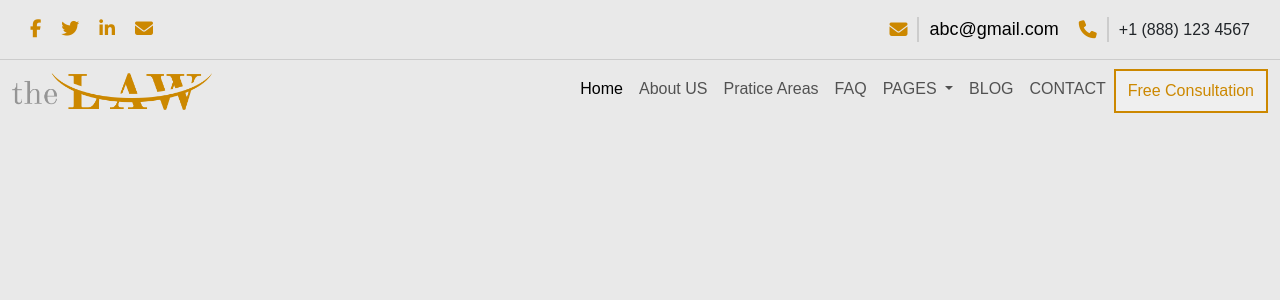
Repository: arehmanraza/lawyer_website
Page: Pages/index.html
An editor plug-in stored every save of this project. The page is shown before and after the next save, followed by the edit.
The browser window is 1280 px wide. The pictures show the whole page.
Some web libraries are served in a nearby version.

Above is the page before, as saved 2024-05-22 01:50:04.

### Pages/index.html
<!DOCTYPE html>
<html lang="en">
  <head>
    <meta charset="utf-8" />
    <meta name="viewport" content="width=device-width, initial-scale=1" />
    <title>The Lawyer</title>
    <link
      rel="stylesheet"
      href="https://pro.fontawesome.com/releases/v5.10.0/css/all.css"
      integrity="sha384-AYmEC3Yw5cVb3ZcuHtOA93w35dYTsvhLPVnYs9eStHfGJvOvKxVfELGroGkvsg+p"
      crossorigin="anonymous"
    />
    <link rel="stylesheet" href="/Styling/style.css" />
    <link
      rel="stylesheet"
      href="https://cdnjs.cloudflare.com/ajax/libs/font-awesome/6.5.2/css/all.min.css"
      integrity="sha512-SnH5WK+bZxgPHs44uWIX+LLJAJ9/2PkPKZ5QiAj6Ta86w+fsb2TkcmfRyVX3pBnMFcV7oQPJkl9QevSCWr3W6A=="
      crossorigin="anonymous"
      referrerpolicy="no-referrer"
    />
    <link
      href="https://cdn.jsdelivr.net/npm/bootstrap@5.3.3/dist/css/bootstrap.min.css"
      rel="stylesheet"
      integrity="sha384-QWTKZyjpPEjISv5WaRU9OFeRpok6YctnYmDr5pNlyT2bRjXh0JMhjY6hW+ALEwIH"
      crossorigin="anonymous"
    />
  </head>
  <body>
    <div class="main-container">


      <!-- ---------------head_top_container start ------------------  -->




      <div class="head_top">
        <div class="head_top_left">
          <ul>
            <li>
              <i class="icon2 fa-brands fa-facebook-f"></i>
            </li>
            <li>
              <i class="icon2 fa-brands fa-twitter"></i>
            </li>
            <li>
              <i class="icon2 fa-brands fa-linkedin-in"></i>
            </li>
            <li>
              <i class="icon2 fa-solid fa-envelope"></i>
            </li>
          </ul>
        </div>
        <div class="head_top_right">
          <ul>
            <li>
              <i class="icon2 fa-solid fa-envelope"></i>
              <p class="border1"></p>
              <span><a class="phoneno" href = "mailto: a.rehman78766@gmail.com">abc@gmail.com</a></span>
            </li>
            <li>
              <i class="icon2 fa-solid fa-phone"></i>
              <p class="border1"></p>
              <span>+1 (888) 123 4567</span>
            </li>

          </ul>
        </div>
      </div>
      <!-- ---------------head_top_container end ------------------  -->






      <!-- ---------------Navbar_container start ------------------  -->


      <nav class="navbar navbar-expand-lg ">
        <div class="container-fluid">
          <a class="navbar-brand" href="#"><img src="/Images/logo.png"  width="200px"></a>
          <button class="navbar-toggler" type="button" data-bs-toggle="collapse" data-bs-target="#navbarSupportedContent" aria-controls="navbarSupportedContent" aria-expanded="false" aria-label="Toggle navigation">
            <span class="navbar-toggler-icon"></span>
          </button>
          <div class="collapse navbar-collapse" id="navbarSupportedContent">
            <ul class="navbar-nav ms-auto mb-2 mb-lg-0">
              <li class="nav-item">
                <a class="nav-link active" aria-current="page" href="#">Home</a>
              </li>
              <li class="nav-item">
                <a class="nav-link" href="#">About US</a>
              </li>
              <li class="nav-item">
                <a class="nav-link" href="#">Pratice Areas</a>
              </li>
              <li class="nav-item">
                <a class="nav-link" href="#">FAQ</a>
              </li>

              <li class="nav-item dropdown">
                <a class="nav-link dropdown-toggle" href="#" role="button" data-bs-toggle="dropdown" aria-expanded="false">
                  PAGES
                </a>
                <ul class="dropdown-menu">
                  <li><a class="dropdown-item" href="#">SHOP</a></li>
                  <li><a class="dropdown-item" href="#">ABOUT 2</a></li>
                  <li><a class="dropdown-item" href="#">CONTACT 2</a></li>
                </ul>
              </li>
              <li class="nav-item">
                <a class="nav-link" href="#">BLOG</a>
              </li>
              <li class="nav-item">
                <a class="nav-link" href="#">CONTACT</a>
              </li>
              <li class="nav-item">
                <button class="btns1">Free Consultation</button>
              </li>
            </ul>

          </div>
        </div>
      </nav>





      <!-- ---------------Navbar_container end ------------------  -->





    </div>
    <script
      src="https://cdn.jsdelivr.net/npm/bootstrap@5.3.3/dist/js/bootstrap.bundle.min.js"
      integrity="sha384-YvpcrYf0tY3lHB60NNkmXc5s9fDVZLESaAA55NDzOxhy9GkcIdslK1eN7N6jIeHz"
      crossorigin="anonymous"
    ></script>
  </body>
</html>

### Styling/style.css
*{
    margin: 0;
    padding: 0;
    box-sizing: border-box;
    font-family: Arial, Helvetica, sans-serif, "Montserrat";
}
.main-container{
    background-color: #e9e9e9;
    width: 100%;
    height: 100vh;
    padding: 0px;
}

.head_top {
    width: 100%;
    height: 60px;
    display: flex;
    justify-content: space-between;
    align-items: center; /* Center items vertically */
    border-bottom: 1px solid #ccc;
    padding: 0px 20px;
}

.head_top_left {
    width: 50%;
    display: flex; /* Ensure the left container is also using flexbox */
    align-items: center; /* Center items vertically */
}
.head_top_left ul {
    display: flex;
    list-style: none;
    padding: 0;
    margin: 0;
}
.head_top_left ul li{
    padding: 0px 10px;
}
.head_top_right{
    display: flex;
    align-items: center;
    width: 50%;
}
.head_top_right ul{
    display: flex;
    list-style: none;
    padding: 0;
    margin: 0px 0px 0px auto;

}
.head_top_right ul li{
    padding: 0px 10px;
    display: flex;
    align-items: center;
}
.border1{
    border-left: 2px solid #ccc;

    height: 25px;
    margin: 0px 10px;
}
.icon2{
    color:  #cc8800;
  font-size: large;
}
.phoneno{
    color: black;
    font-size: 18px;
    font-weight: 500;
    text-decoration: none
}
.btns1{
    padding: 8px 12px;
    border: none;
    color: #cc8800;
    border: 2px solid #cc8800;
}

After the next save:
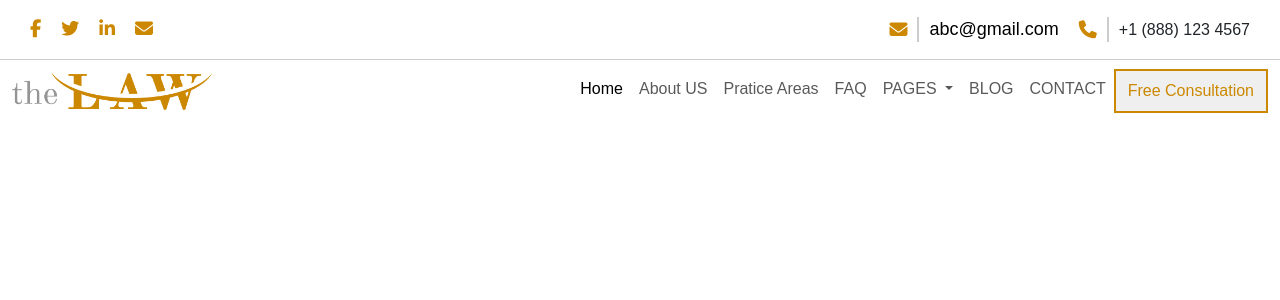
Saved 104 s later.
--- a/Styling/style.css
+++ b/Styling/style.css
@@ -5,7 +5,7 @@
     font-family: Arial, Helvetica, sans-serif, "Montserrat";
 }
 .main-container{
-    background-color: #e9e9e9;
+    background-color: #fff;
     width: 100%;
     height: 100vh;
     padding: 0px;
